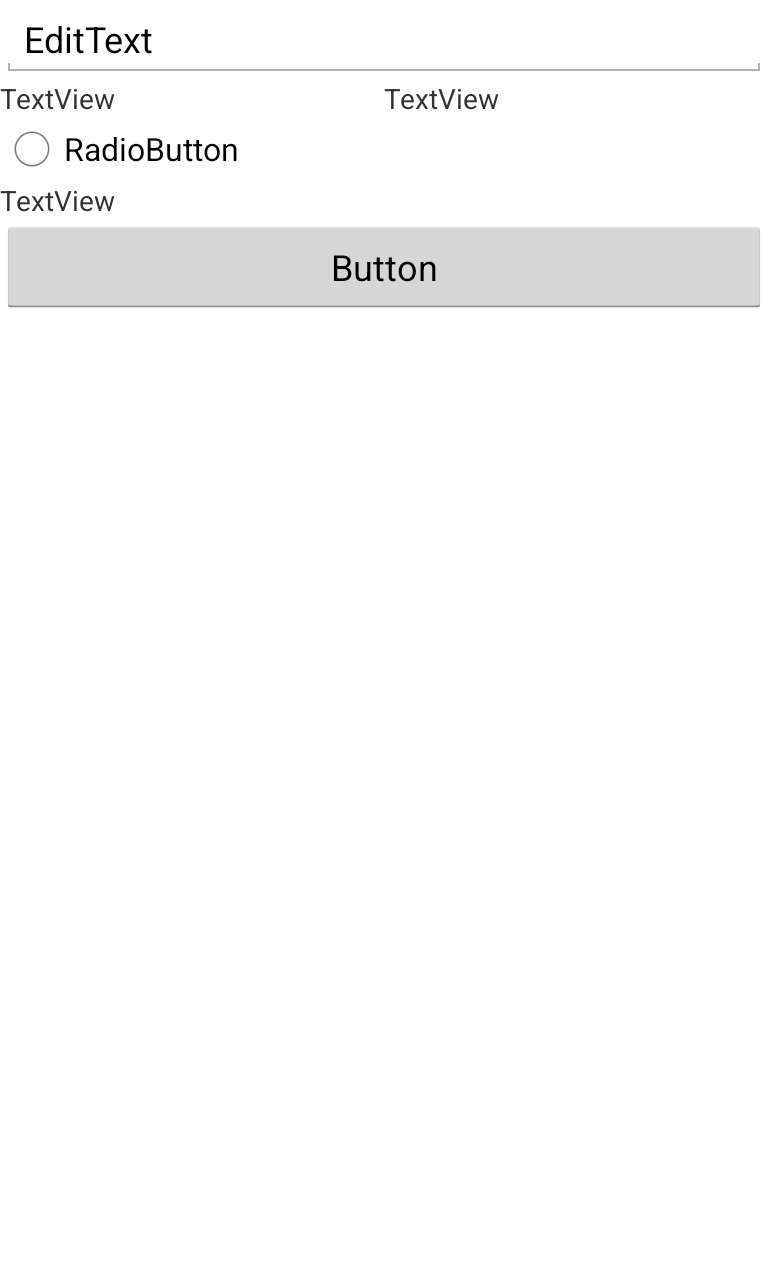
Repository: Cappo/ACM-Android-Development-SIG
Layout: Cappo/res/layout/tutorial1.xml
An editor plug-in stored every save of this project. The layout is shown before and after the next save, followed by the edit.
It is drawn on a 768 x 1280 px phone screen (xhdpi) without system bars, with theme AppTheme; the app's code is not run.

Above is the layout before, as saved 2013-09-15 01:48:27.

### Cappo/res/layout/tutorial1.xml
<?xml version="1.0" encoding="utf-8"?>
<LinearLayout xmlns:android="http://schemas.android.com/apk/res/android"
    android:layout_width="match_parent"
    android:layout_height="match_parent"
    android:orientation="vertical" >

    <EditText
        android:id="@+id/editText1"
        android:layout_width="fill_parent"
        android:layout_height="wrap_content"
        android:text="EditText" />

	<LinearLayout
    	android:layout_width="match_parent"
    	android:layout_height="wrap_content"
    	android:orientation="horizontal"
    	android:weightSum="2">

	    <TextView
	        android:id="@+id/textView1"
	        android:layout_width="wrap_content"
	        android:layout_height="wrap_content"
	        android:layout_weight="1"
	        android:text="TextView" />

	    <TextView
	        android:id="@+id/textView2"
	        android:layout_width="wrap_content"
	        android:layout_height="wrap_content"
	        android:layout_weight="1"
	        android:text="TextView" />

	</LinearLayout>

    <RadioButton
        android:id="@+id/radioButton1"
        android:layout_width="wrap_content"
        android:layout_height="wrap_content"
        android:text="RadioButton" />

    <TextView
        android:id="@+id/textView3"
        android:layout_width="match_parent"
        android:layout_height="wrap_content"
        android:text="TextView" />

    <Button
        android:id="@+id/button1"
        android:layout_width="match_parent"
        android:layout_height="wrap_content"
        android:text="Button" />

</LinearLayout>

Loaded but not shown: Cappo/res/values/styles.xml (common file); Cappo/res/values-v11/styles.xml (common file); Cappo/res/values-v14/styles.xml (common file)

After the next save:
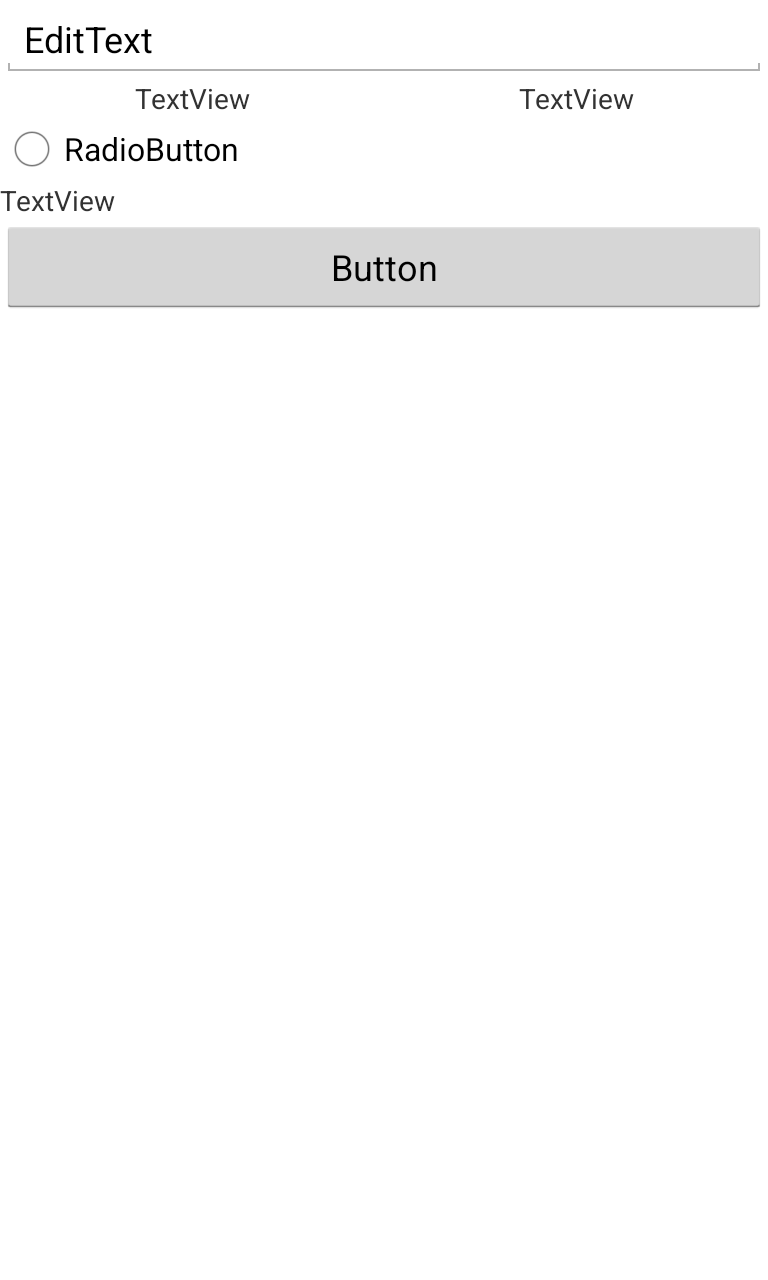
Saved 38 s later.
--- a/Cappo/res/layout/tutorial1.xml
+++ b/Cappo/res/layout/tutorial1.xml
@@ -21,6 +21,7 @@
 	        android:layout_width="wrap_content"
 	        android:layout_height="wrap_content"
 	        android:layout_weight="1"
+	        android:gravity="center"
 	        android:text="TextView" />
 
 	    <TextView
@@ -28,6 +29,7 @@
 	        android:layout_width="wrap_content"
 	        android:layout_height="wrap_content"
 	        android:layout_weight="1"
+	        android:gravity="center"
 	        android:text="TextView" />
 
 	</LinearLayout>
